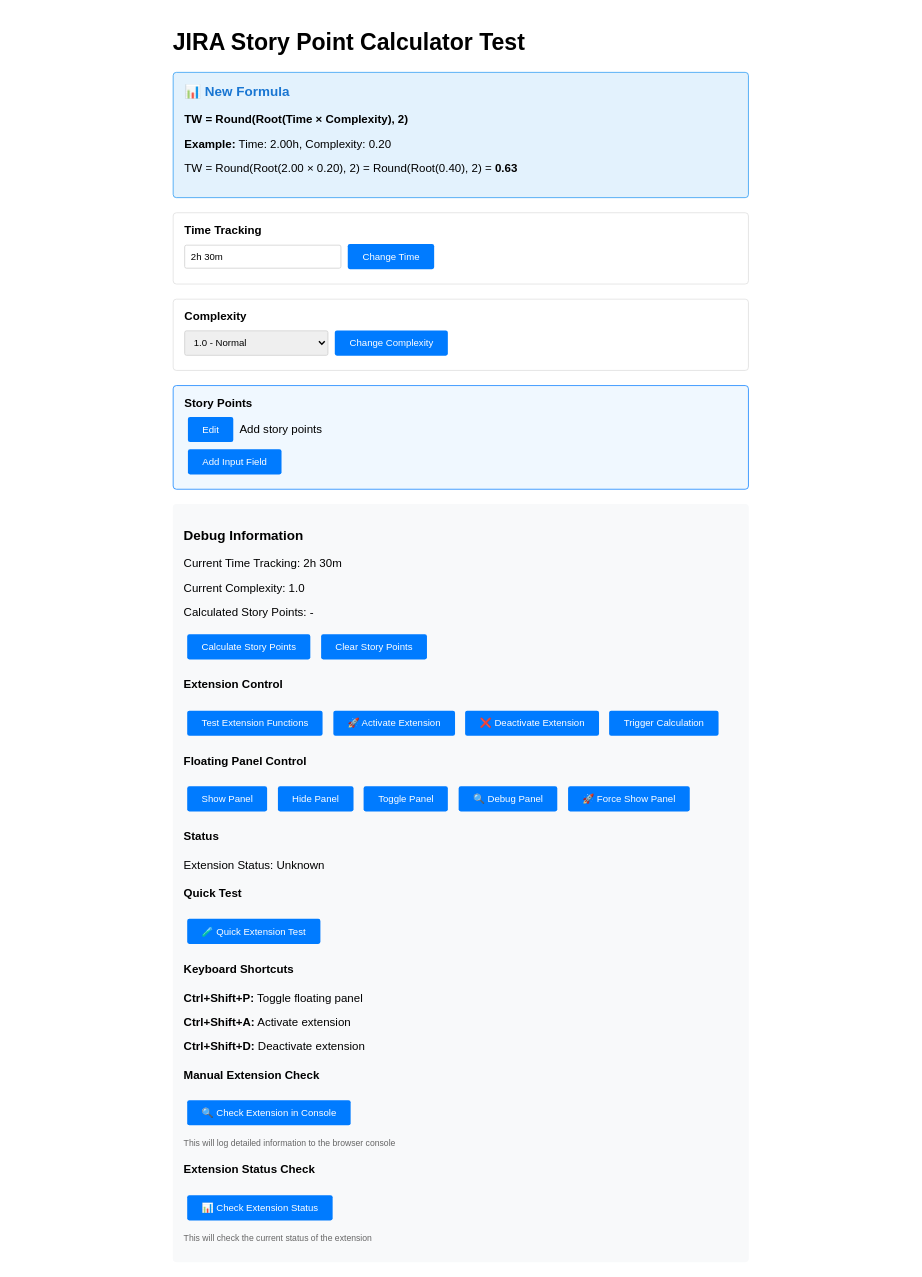
Repository: nirazanbasnet/jira-story-point-calculator
Page: test.html
An editor plug-in stored every save of this project. The page is shown before and after the next save, followed by the edit.
The browser window is 1280 px wide. The pictures show the whole page, at 72% of full size.

Above is the page before, as saved 2025-09-01 21:01:03.

### test.html
<!DOCTYPE html>
<html lang="en">

<head>
    <meta charset="UTF-8">
    <meta name="viewport" content="width=device-width, initial-scale=1.0">
    <title>JIRA Story Point Calculator Test</title>
    <style>
        body {
            font-family: Arial, sans-serif;
            max-width: 800px;
            margin: 0 auto;
            padding: 20px;
        }

        .field-group {
            margin: 20px 0;
            padding: 15px;
            border: 1px solid #ddd;
            border-radius: 5px;
        }

        .field-label {
            font-weight: bold;
            margin-bottom: 5px;
        }

        input,
        select {
            padding: 8px;
            border: 1px solid #ccc;
            border-radius: 3px;
            width: 200px;
        }

        .story-point-field {
            background-color: #f0f8ff;
            border-color: #007bff;
        }

        .debug-info {
            background-color: #f8f9fa;
            padding: 15px;
            border-radius: 5px;
            margin-top: 20px;
        }

        button {
            background-color: #007bff;
            color: white;
            padding: 10px 20px;
            border: none;
            border-radius: 3px;
            cursor: pointer;
            margin: 5px;
        }

        button:hover {
            background-color: #0056b3;
        }
    </style>
</head>

<body>
    <h1>JIRA Story Point Calculator Test</h1>

    <div style="background: #e3f2fd; border: 1px solid #2196f3; border-radius: 5px; padding: 15px; margin-bottom: 20px;">
        <h3 style="margin-top: 0; color: #1976d2;">📊 New Formula</h3>
        <p><strong>TW = Round(Root(Time × Complexity), 2)</strong></p>
        <p><strong>Example:</strong> Time: 2.00h, Complexity: 0.20</p>
        <p>TW = Round(Root(2.00 × 0.20), 2) = Round(Root(0.40), 2) = <strong>0.63</strong></p>
    </div>

    <div class="field-group">
        <div class="field-label">Time Tracking</div>
        <input type="text" id="time-tracking" name="time-tracking" placeholder="e.g., 2h 30m" value="2h 30m">
        <button onclick="changeTimeTracking()">Change Time</button>
    </div>

    <div class="field-group">
        <div class="field-label">Complexity</div>
        <select id="complexity" name="complexity">
            <option value="0.1">0.1 - Very Simple</option>
            <option value="0.2">0.2 - Simple</option>
            <option value="0.3">0.3 - Basic</option>
            <option value="0.6">0.6 - Standard</option>
            <option value="1" selected>1.0 - Normal</option>
            <option value="1.5">1.5 - Complex</option>
            <option value="2">2.0 - Very Complex</option>
        </select>
        <button onclick="changeComplexity()">Change Complexity</button>
    </div>

    <div class="field-group story-point-field">
        <div class="field-label">Story Points</div>
        <div data-testid="issue-field-number.ui.issue-field-story-point-estimate--container">
            <div data-testid="issue-field-inline-edit-read-view-container.ui.container" role="presentation">
                <button aria-label="Edit Story Points" type="button">Edit</button>
                <span data-testid="issue-field-story-point-estimate-readview-full.ui.story-point-estimate">
                    <span>Add story points</span>
                </span>
            </div>
        </div>
        <button onclick="addInputField()">Add Input Field</button>
    </div>

    <div class="debug-info">
        <h3>Debug Information</h3>
        <p>Current Time Tracking: <span id="current-time">2h 30m</span></p>
        <p>Current Complexity: <span id="current-complexity">1.0</span></p>
        <p>Calculated Story Points: <span id="calculated-points">-</span></p>
        <button onclick="calculateStoryPoints()">Calculate Story Points</button>
        <button onclick="clearStoryPoints()">Clear Story Points</button>

        <h4>Extension Control</h4>
        <button onclick="testExtensionFunctions()">Test Extension Functions</button>
        <button onclick="activateExtension()">🚀 Activate Extension</button>
        <button onclick="deactivateExtension()">❌ Deactivate Extension</button>
        <button onclick="triggerCalculation()">Trigger Calculation</button>

        <h4>Floating Panel Control</h4>
        <button onclick="showPanel()">Show Panel</button>
        <button onclick="hidePanel()">Hide Panel</button>
        <button onclick="togglePanel()">Toggle Panel</button>
        <button onclick="debugPanel()">🔍 Debug Panel</button>
        <button onclick="forceShowPanel()">🚀 Force Show Panel</button>

        <h4>Status</h4>
        <p id="extension-status">Extension Status: Unknown</p>

        <h4>Quick Test</h4>
        <button onclick="quickTest()">🧪 Quick Extension Test</button>
        <div id="quick-test-results"
            style="margin-top: 10px; padding: 10px; background: #f8f9fa; border-radius: 5px; display: none;">
            <h5>Test Results:</h5>
            <div id="test-results-content"></div>
        </div>

        <h4>Keyboard Shortcuts</h4>
        <p><strong>Ctrl+Shift+P:</strong> Toggle floating panel</p>
        <p><strong>Ctrl+Shift+A:</strong> Activate extension</p>
        <p><strong>Ctrl+Shift+D:</strong> Deactivate extension</p>

        <h4>Manual Extension Check</h4>
        <button onclick="checkExtensionInConsole()">🔍 Check Extension in Console</button>
        <p style="font-size: 12px; color: #666;">This will log detailed information to the browser console</p>

        <h4>Extension Status Check</h4>
        <button onclick="checkExtensionStatus()">📊 Check Extension Status</button>
        <p style="font-size: 12px; color: #666;">This will check the current status of the extension</p>
    </div>

    <script>
        function changeTimeTracking() {
            const timeInput = document.getElementById('time-tracking');
            const times = ['1h', '45m', '2h 15m', '3h 30m', '1.5h'];
            const randomTime = times[Math.floor(Math.random() * times.length)];
            timeInput.value = randomTime;
            timeInput.dispatchEvent(new Event('input', { bubbles: true }));
            timeInput.dispatchEvent(new Event('change', { bubbles: true }));
            document.getElementById('current-time').textContent = randomTime;
        }

        function changeComplexity() {
            const complexitySelect = document.getElementById('complexity');
            const complexities = [0.1, 0.2, 0.3, 0.6, 1, 1.5, 2];
            const randomComplexity = complexities[Math.floor(Math.random() * complexities.length)];
            complexitySelect.value = randomComplexity;
            complexitySelect.dispatchEvent(new Event('change', { bubbles: true }));
            document.getElementById('current-complexity').textContent = randomComplexity;
        }

        function addInputField() {
            const container = document.querySelector('[data-testid="issue-field-number.ui.issue-field-story-point-estimate--container"]');
            const existingInput = container.querySelector('input');

            if (!existingInput) {
                const input = document.createElement('input');
                input.type = 'number';
                input.step = '0.1';
                input.placeholder = 'Story points';
                input.style.width = '100px';
                input.style.marginLeft = '10px';
                container.appendChild(input);
            }
        }

        function calculateStoryPoints() {
            const timeTracking = document.getElementById('time-tracking').value;
            const complexity = parseFloat(document.getElementById('complexity').value);

            // Simple time parsing for demo
            let hours = 0;
            if (timeTracking.includes('h')) {
                if (timeTracking.includes('m')) {
                    const parts = timeTracking.split(' ');
                    hours = parseFloat(parts[0]) + (parseFloat(parts[1]) / 60);
                } else {
                    hours = parseFloat(timeTracking);
                }
            } else if (timeTracking.includes('m')) {
                hours = parseFloat(timeTracking) / 60;
            } else {
                hours = parseFloat(timeTracking);
            }

            // New formula: TW = Round(Root(Time × Complexity), 2)
            const product = hours * complexity;
            const rootResult = Math.sqrt(product);
            const storyPoints = Math.round(rootResult * 100) / 100;

            console.log('Formula calculation:', {
                time: hours,
                complexity: complexity,
                product: product,
                rootResult: rootResult,
                storyPoints: storyPoints
            });

            document.getElementById('calculated-points').textContent = storyPoints;

            // Update the story point field if it exists
            const input = document.querySelector('[data-testid="issue-field-number.ui.issue-field-story-point-estimate--container"] input');
            if (input) {
                input.value = storyPoints;
                input.dispatchEvent(new Event('input', { bubbles: true }));
                input.dispatchEvent(new Event('change', { bubbles: true }));
            }
        }

        function clearStoryPoints() {
            document.getElementById('calculated-points').textContent = '-';
            const input = document.querySelector('[data-testid="issue-field-number.ui.issue-field-story-point-estimate--container"] input');
            if (input) {
                input.value = '';
                input.dispatchEvent(new Event('input', { bubbles: true }));
                input.dispatchEvent(new Event('change', { bubbles: true }));
            }
        }

        // Simulate JIRA field changes
        setInterval(() => {
            if (Math.random() > 0.7) {
                changeTimeTracking();
            }
        }, 5000);

        setInterval(() => {
            if (Math.random() > 0.8) {
                changeComplexity();
            }
        }, 7000);

        // Extension testing functions
        function testExtensionFunctions() {
            console.log('Testing extension functions...');

            if (window.jiraStoryPointCalculator) {
                console.log('✅ Extension loaded successfully');
                console.log('Extension object:', window.jiraStoryPointCalculator);
            } else {
                console.log('❌ Extension not loaded');
            }

            if (window.triggerStoryPointCalculation) {
                console.log('✅ triggerStoryPointCalculation function available');
            } else {
                console.log('❌ triggerStoryPointCalculation function not available');
            }

            if (window.toggleStoryPointPanel) {
                console.log('✅ toggleStoryPointPanel function available');
            } else {
                console.log('❌ toggleStoryPointPanel function not available');
            }
        }

        function activateExtension() {
            if (window.activateStoryPointCalculator) {
                const result = window.activateStoryPointCalculator();
                document.getElementById('extension-status').textContent = `Extension Status: Activated (Result: ${result})`;
                console.log('Activate extension result:', result);
            } else {
                console.log('❌ activateStoryPointCalculator function not available');
            }
        }

        function deactivateExtension() {
            if (window.deactivateStoryPointCalculator) {
                const result = window.deactivateStoryPointCalculator();
                document.getElementById('extension-status').textContent = `Extension Status: Deactivated (Result: ${result})`;
                console.log('Deactivate extension result:', result);
            } else {
                console.log('❌ deactivateStoryPointCalculator function not available');
            }
        }

        function triggerCalculation() {
            if (window.triggerStoryPointCalculation) {
                const result = window.triggerStoryPointCalculation();
                console.log('Trigger calculation result:', result);
            } else {
                console.log('❌ triggerStoryPointCalculation function not available');
            }
        }

        // Panel control functions
        function showPanel() {
            if (window.showStoryPointPanel) {
                const result = window.showStoryPointPanel();
                console.log('Show panel result:', result);
            } else {
                console.log('❌ showStoryPointPanel function not available');
            }
        }

        function hidePanel() {
            if (window.hideStoryPointPanel) {
                const result = window.hideStoryPointPanel();
                console.log('Hide panel result:', result);
            } else {
                console.log('❌ hideStoryPointPanel function not available');
            }
        }

        function togglePanel() {
            if (window.toggleStoryPointPanel) {
                const result = window.toggleStoryPointPanel();
                console.log('Toggle panel result:', result);
            } else {
                console.log('❌ toggleStoryPointPanel function not available');
            }
        }

        function debugPanel() {
            if (window.debugStoryPointPanel) {
                const result = window.debugStoryPointPanel();
                console.log('Debug panel result:', result);
            } else {
                console.log('❌ debugStoryPointPanel function not available');
            }
        }

        function forceShowPanel() {
            if (window.forceShowStoryPointPanel) {
                const result = window.forceShowStoryPointPanel();
                console.log('Force show panel result:', result);
            } else {
                console.log('❌ forceShowStoryPointPanel function not available');
            }
        }

        function quickTest() {
            const resultsDiv = document.getElementById('quick-test-results');
            const contentDiv = document.getElementById('test-results-content');
            resultsDiv.style.display = 'block';

            let results = '<ul>';

            // Test 1: Check if extension is loaded
            if (window.jiraStoryPointCalculator) {
                results += '<li>✅ Extension loaded</li>';
            } else {
                results += '<li>❌ Extension not loaded</li>';
            }

            // Test 2: Check if global functions are available
            if (window.activateStoryPointCalculator) {
                results += '<li>✅ activateStoryPointCalculator available</li>';
            } else {
                results += '<li>❌ activateStoryPointCalculator not available</li>';
            }

            // Test 3: Check if floating panel exists
            if (window.jiraStoryPointCalculator && window.jiraStoryPointCalculator.floatingPanel) {
                results += '<li>✅ Floating panel exists</li>';
            } else {
                results += '<li>❌ Floating panel does not exist</li>';
            }

            // Test 4: Check panel visibility
            if (window.jiraStoryPointCalculator && window.jiraStoryPointCalculator.floatingPanel) {
                const panel = window.jiraStoryPointCalculator.floatingPanel;
                const computedStyle = window.getComputedStyle(panel);
                results += `<li>Panel display: ${computedStyle.display}</li>`;
                results += `<li>Panel visibility: ${computedStyle.visibility}</li>`;
                results += `<li>Panel z-index: ${computedStyle.zIndex}</li>`;
            }

            results += '</ul>';
            contentDiv.innerHTML = results;
        }

        function checkExtensionInConsole() {
            console.log('=== JIRA Story Point Calculator Extension Details ===');
            console.log('Global Variables:');
            for (const key in window) {
                if (key.startsWith('jiraStoryPointCalculator') || key.startsWith('activateStoryPointCalculator') || key.startsWith('deactivateStoryPointCalculator') || key.startsWith('triggerStoryPointCalculation') || key.startsWith('toggleStoryPointPanel') || key.startsWith('showStoryPointPanel') || key.startsWith('hideStoryPointPanel') || key.startsWith('toggleStoryPointPanel') || key.startsWith('debugStoryPointPanel') || key.startsWith('forceShowStoryPointPanel')) {
                    console.log(`${key}:`, window[key]);
                }
            }
            console.log('=====================================================');
        }

        function checkExtensionStatus() {
            if (window.jiraStoryPointCalculator) {
                console.log('Extension Status: Active');
                console.log('Floating Panel Visibility:', window.jiraStoryPointCalculator.floatingPanel ? 'Visible' : 'Hidden');
                console.log('Extension Object:', window.jiraStoryPointCalculator);
            } else {
                console.log('Extension Status: Inactive');
                console.log('Extension Object:', window.jiraStoryPointCalculator);
            }
        }
    </script>
</body>

</html>

After the next save:
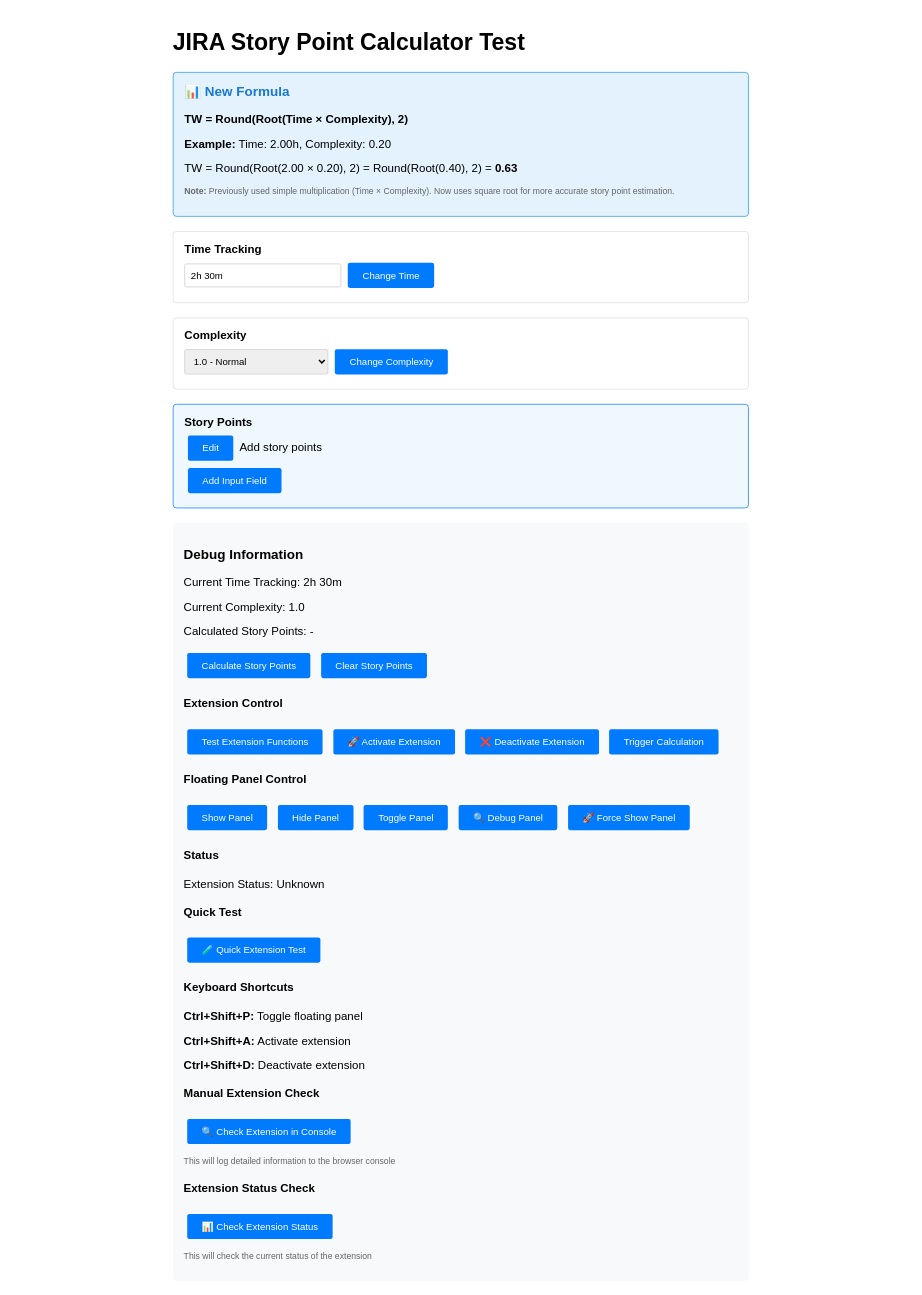
Saved 29 s later.
--- a/test.html
+++ b/test.html
@@ -69,6 +69,10 @@
         <p><strong>TW = Round(Root(Time × Complexity), 2)</strong></p>
         <p><strong>Example:</strong> Time: 2.00h, Complexity: 0.20</p>
         <p>TW = Round(Root(2.00 × 0.20), 2) = Round(Root(0.40), 2) = <strong>0.63</strong></p>
+        <p style="font-size: 12px; color: #666; margin-top: 10px;">
+            <strong>Note:</strong> Previously used simple multiplication (Time × Complexity).
+            Now uses square root for more accurate story point estimation.
+        </p>
     </div>
 
     <div class="field-group">
